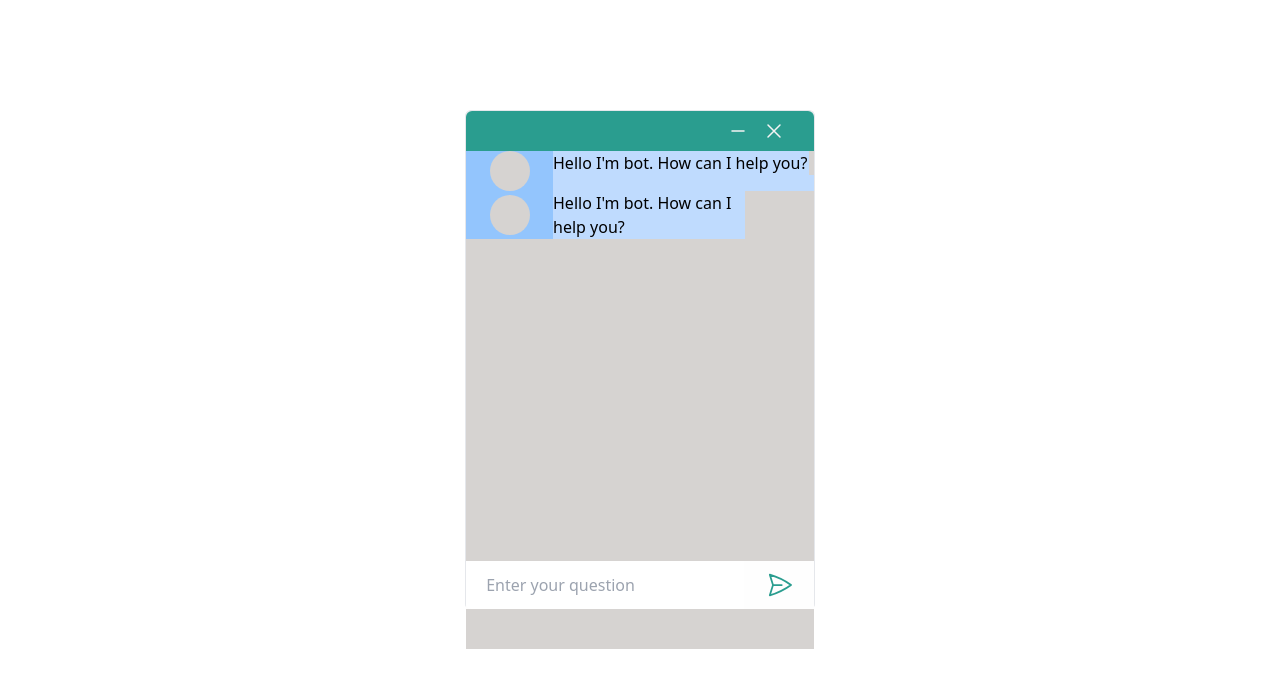
Repository: hsumyatm7308/Chatbot
Page: index.html
An editor plug-in stored every save of this project. The page is shown before and after the next save, followed by the edit.
The browser window is 1280 px wide. The pictures show the whole page.
Some web libraries are served in a nearby version.

Above is the page before, as saved 2023-07-09 11:22:33.

### index.html
<!DOCTYPE html>
<html>

<head>
    <title>Chat Bot</title>
    <script src="https://cdn.tailwindcss.com"></script>
</head>

<body class="bg-[#fffff]">

    <div class="w-screen h-screen flex justify-center items-center  container">
        <div class="w-[350px] h-[500px] bg-[#f4f4f4] border border-b-stone-200 rounded-md relative chatbot-container">
            <div
                class="w-full h-10 text-[#f4f4f4] bg-[#2a9d8f] rounded-tl-md rounded-tr-md flex justify-end items-center">
                <svg xmlns="http://www.w3.org/2000/svg" fill="none" viewBox="0 0 24 24" stroke-width="1.5"
                    stroke="currentColor" class="w-6 h-6 mr-3">
                    <path stroke-linecap="round" stroke-linejoin="round" d="M18 12H6" />
                </svg>

                <svg xmlns="http://www.w3.org/2000/svg" fill="none" viewBox="0 0 24 24" stroke-width="1.5"
                    stroke="currentColor" class="w-6 h-6 mr-7">
                    <path stroke-linecap="round" stroke-linejoin="round" d="M6 18L18 6M6 6l12 12" />
                </svg>

            </div>

            <div class="w-full h-full bg-stone-300 overflow-y-auto">
                 <div class="w-full grid grid-cols-4 flex profile-side">
                       <div class= "w-full h-auto bg-blue-300 flex justify-center items-center">
                            <div class="w-10 h-10 rounded-full bg-stone-300">

                            </div>
                       </div>
                       <div class=" bg-blue-200 col-span-3">
                            <div class="w-full h-auto bg-stone-300">
                                    <div class="w-64 h-full bg-blue-200">
                                        <span>Hello I'm bot. How can I help you?</span>
                                    </div>
                            </div>
                       </div>
                 </div>


                 <div class="w-full grid grid-cols-4 flex profile-side">
                    <div class= "w-full h-auto bg-blue-300 flex justify-center items-center">
                         <div class="w-10 h-10 rounded-full bg-stone-300">

                         </div>
                    </div>
                    <div class=" bg-blue-200 col-span-3">
                         <div class="w-full h-auto bg-stone-300">
                                 <div class="w-48 h-full bg-blue-200">
                                     <span>Hello I'm bot. How can I help you?</span>
                                 </div>
                         </div>
                    </div>
              </div>
            </div>

            <div class="w-full h-12 bg-[#fefefe] absolute bottom-0">
                <form action="" class="w-full h-12 bg-[#fefefe] flex justify-between items-center">
                    <input type="text" class="w-[80%] h-full  rounded-bl-md p-4" placeholder=" Enter your question">

                    <button type="submit" class="mr-5">
                        <svg xmlns="http://www.w3.org/2000/svg" fill="none" viewBox="0 0 24 24" stroke-width="1.5"
                            stroke="currentColor" class="w-7 h-7 text-[#2a9d8f]">
                            <path stroke-linecap="round" stroke-linejoin="round"
                                d="M6 12L3.269 3.126A59.768 59.768 0 0121.485 12 59.77 59.77 0 013.27 20.876L5.999 12zm0 0h7.5" />
                        </svg>

                    </button>
                </form>
            </div>
        </div>
    </div>

</body>

</html>

After the next save:
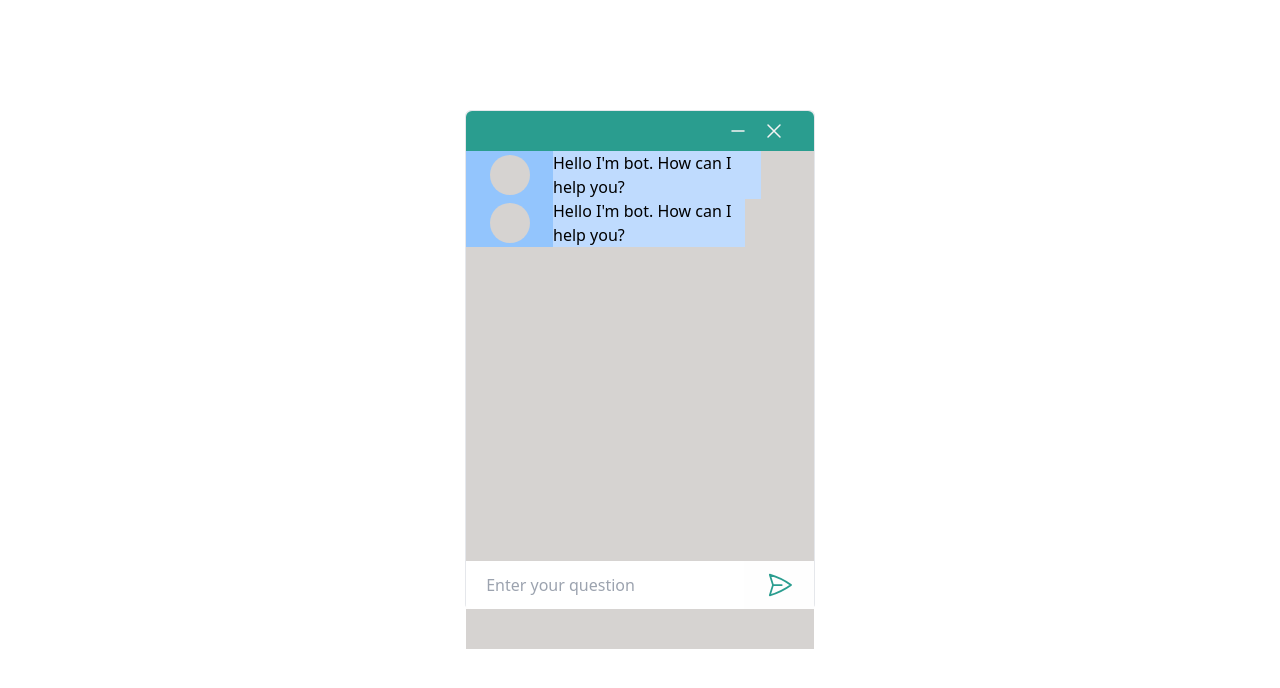
Saved 11 s later.
--- a/index.html
+++ b/index.html
@@ -33,7 +33,7 @@
                        </div>
                        <div class=" bg-blue-200 col-span-3">
                             <div class="w-full h-auto bg-stone-300">
-                                    <div class="w-64 h-full bg-blue-200">
+                                    <div class="w-52 h-full bg-blue-200">
                                         <span>Hello I'm bot. How can I help you?</span>
                                     </div>
                             </div>
